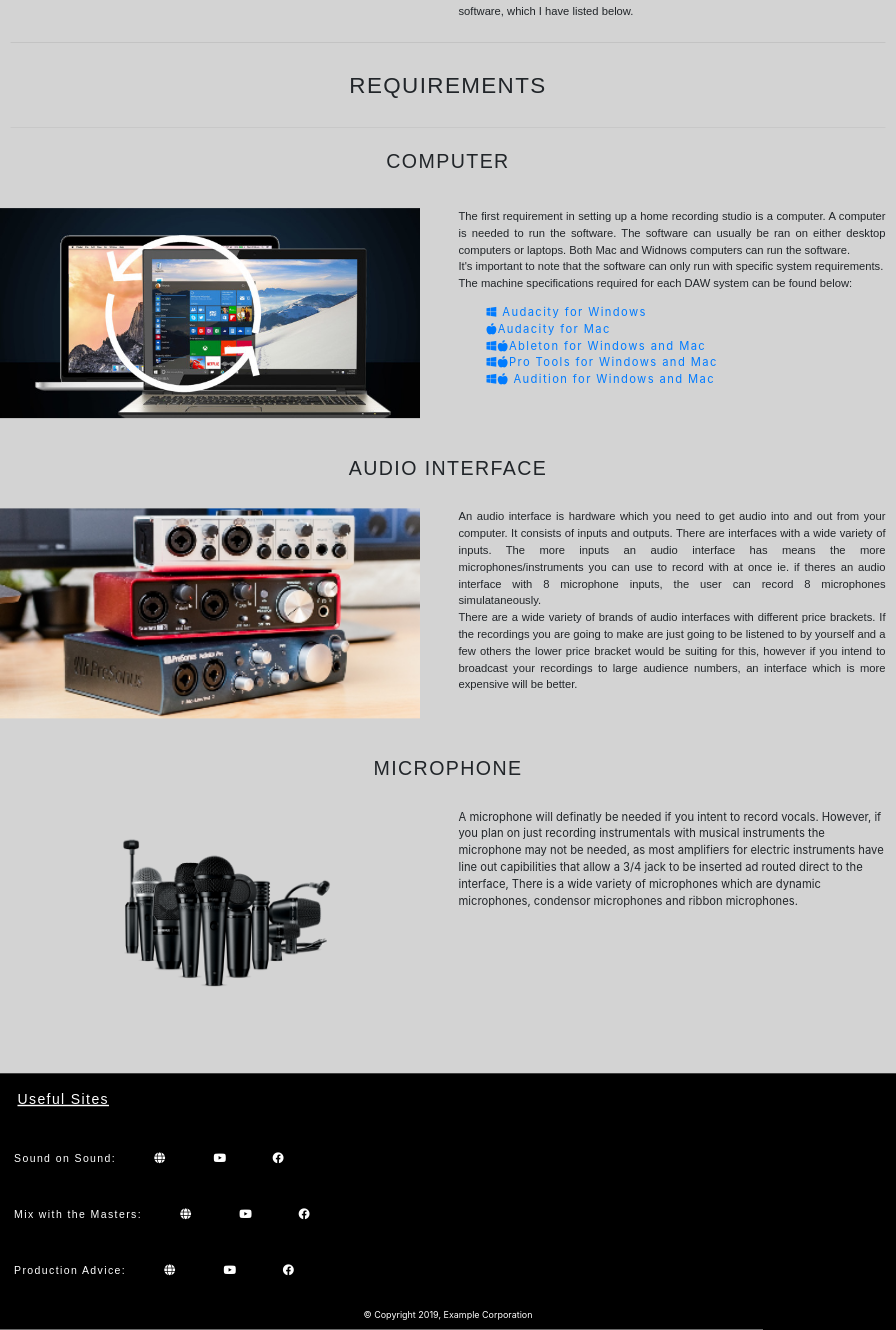
Repository: djjtyn/CIMilestoneProject1
Page: index.html
The author's editor kept a record of every edit. The page is drawn from the files as they stood at one moment, then again after the next edit.
The browser window is 1280 px wide. The pictures show the part of the page from y = 1085 to 3005 px (the page is 2985 px tall before and 3005 px after), at 70% of full size.
Some web libraries are served in a nearby version.

Above is the page before.
Console error (its wording comes from the project's code and is left out).

After the next edit:
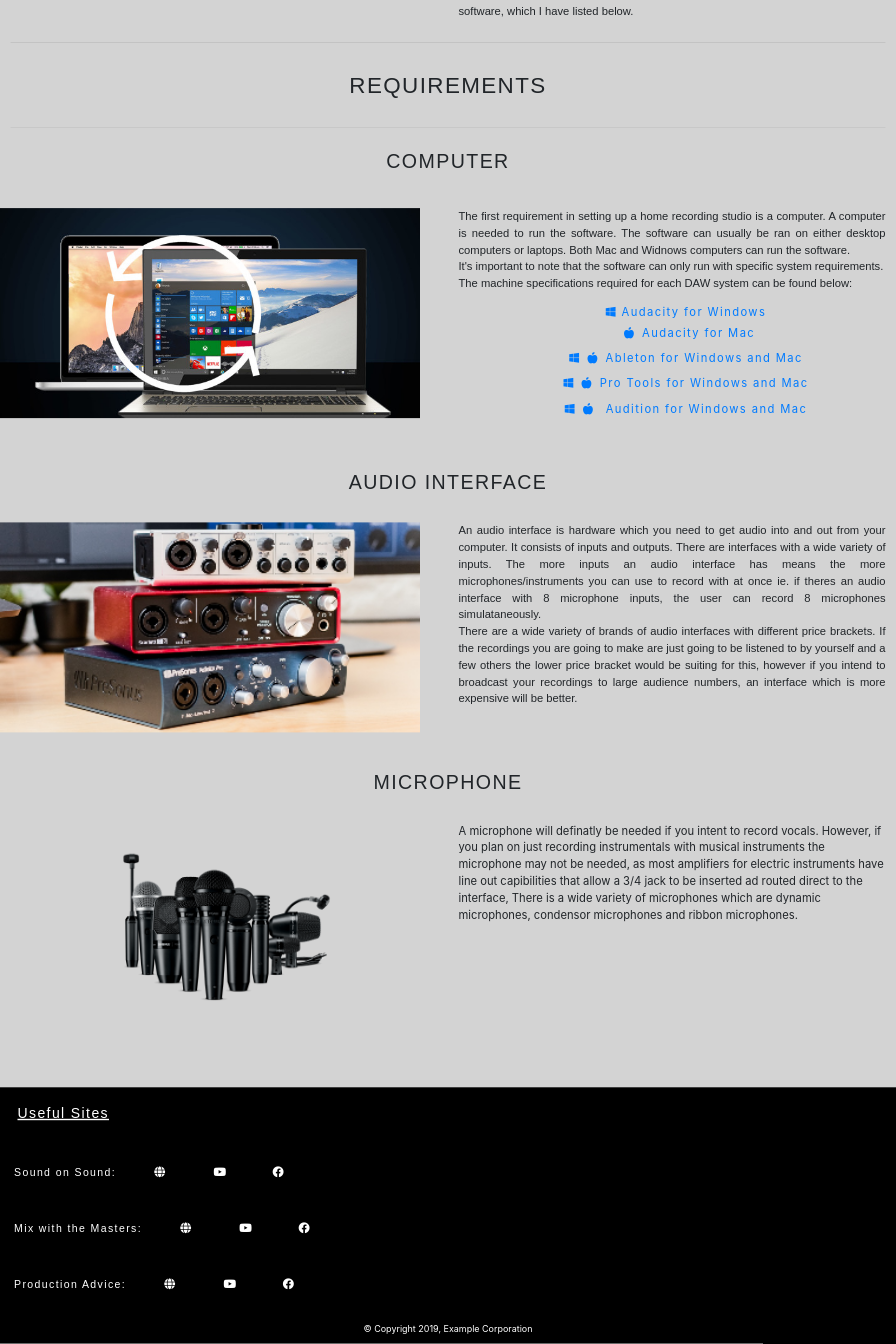
The edit:
--- a/css/style.css
+++ b/css/style.css
@@ -71,6 +71,14 @@
 .comp h3{
     margin-bottom:35px;
     margin-top:0;
+}
+
+.comp ul {
+    text-align:center;
+}
+
+.comp .fa-apple-alt{
+    padding:10px;
 }
 
 .computer {
